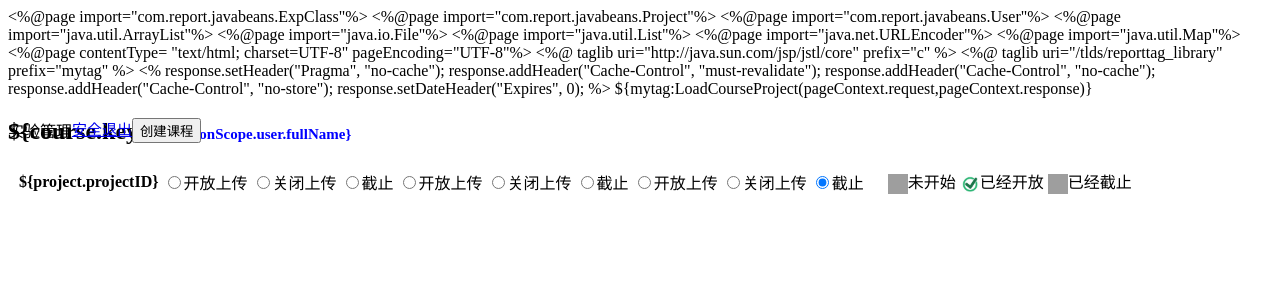
Repository: IAmJiangWenHao/ReportServer
Page: web/demo.html
The author's editor kept a copy of each file at every save. The page is drawn from the files as they stood at one save, then again after the next save.
The browser window is 1280 px wide. The pictures show the whole page.
Pictures or frames that could not be fetched are drawn as grey boxes.

Above is the page before, as saved 2023-05-18 16:15:40.

### web/demo.html
<%@page import="com.report.javabeans.ExpClass"%>
<%@page import="com.report.javabeans.Project"%>
<%@page import="com.report.javabeans.User"%>
<%@page import="java.util.ArrayList"%>
<%@page import="java.io.File"%>
<%@page import="java.util.List"%>
<%@page import="java.net.URLEncoder"%>
<%@page import="java.util.Map"%>
<%@page contentType= "text/html; charset=UTF-8" pageEncoding="UTF-8"%>

<%@ taglib uri="http://java.sun.com/jsp/jstl/core" prefix="c" %>
<%@ taglib uri="/tlds/reporttag_library" prefix="mytag" %>
<!--script type="text/javascript" src="${pageContext.request.contextPath}/script/scriptV1.js?v=1.0"></script-->
<!DOCTYPE html>
<html>
  <%
    response.setHeader("Pragma", "no-cache");
    response.addHeader("Cache-Control", "must-revalidate");
    response.addHeader("Cache-Control", "no-cache");
    response.addHeader("Cache-Control", "no-store");
    response.setDateHeader("Expires", 0);
  %>
  <head>
    <meta http-equiv="Content-Type" content="text/html; charset=UTF-8">
    <title>实验上传系统 </title>
  </head>
  <body>
    ${mytag:LoadCourseProject(pageContext.request,pageContext.response)}
    <script>
      window.onload = function () {//Ajax实现更新项目状态
        var ratios = document.getElementsByTagName("input");//获取所有input（本页面的input只有单选按钮）
        var map = new Map();//记录单选按钮旧值
        for (var i = 0; i < ratios.length; i++) {
          map.set((i + 1).toString(), ratios[i].checked);
          //oninput事件在input的值发生改变时触发，这里监听单选按钮值得改变
          ratios[i].oninput = function () {
            var r = false;
            if (this.value === "deadline") {//是否选择截止
              //是否确认修改
              r = confirm("截止后不可再设置，确定截止？");
            }
            //取消截止
            if (this.value === "deadline" && r === false) {
              var list = document.getElementsByName(this.name);
              for (var j = 0; j < list.length; j++)
                list[j].checked = map.get(list[j].id);
              return;
            }
            ratioName = this.name;
            //确定截止，不允许再更改状态
            if (this.value === "deadline") {
              var list = document.getElementsByName(this.name);
              for (var j = 0; j < list.length; j++)
              {
                list[j].disabled = "disable";
                map.set(list[j].id, list[j].checked);
              }
            } else {
              var list = document.getElementsByName(this.name);
              for (var j = 0; j < list.length; j++)
                map.set(list[j].id, false);
              map.set(this.id, this.checked);
            }
            var formData = new FormData();//FormData 对象
            var course = ratioName.substr(0, ratioName.indexOf("-"));
            var project = ratioName.substr(ratioName.indexOf("-") + 1, ratioName.length - 1);
            //添加KV
            formData.append("project", project);//项目
            formData.append("course", course); //课程名
            formData.append("status", this.value);//状态
            var cell = document.getElementById(this.name);
            //显示实验项目状态提示信息
            cell.innerHTML = "&nbsp;&nbsp;&nbsp;&nbsp;&nbsp;";
            if (this.value === "open")
              cell.innerHTML += "<img style=\"vertical-align: middle;height:20px;width:20px\" src=\"./img/check.jpg\"/>已经开放";
            if (this.value === "close")
              cell.innerHTML += "<img style=\"vertical-align: middle;height:20px;width:20px\" src=\"./img/undone.png\"/>未开始";
            if (this.value === "deadline")
              cell.innerHTML += "<img style=\"vertical-align: middle;height:20px;width:20px\" src=\"./img/deadline.jpg\"/>已截止";
            //1.创建请求对象
            const xhr = new XMLHttpRequest();
            //2.设置请求行，这里用post(get请求数据写在url后面)
            //updateProject.do实现后端更新
            xhr.open("post", getAppPath() + "/updateProject.do");
            //3.设置请求头(get请求可以省略,post不发送数据也可以省略)
            //xhr.setRequestHeader("Content-type","application/x-www-form-urlencoded");
            // 用formData可以不写请求头，写了无法正常上传文件
            //4.请求主体发送(get请求为空，或者写null，post请求数据写在这里，
            //如果没有数据，直接为空或者写null)
            xhr.send(formData);
            //注册回调函数
            xhr.onload = function ()
            {
              if (xhr.readyState === 4)
              {
                if (xhr.status >= 200 && xhr.status <= 300)
                { //判断响应码 2XX 表示成功
                  console.log(xhr.response.toString());
                } else
                  console.log("响应码：" + xhr.status); //状态码
              } else
                console.log(xhr.readyState);
              ;
            };
          };
        }
        ;
      };
    </script>
    <script>
      function getAppPath() {
        //获取当前URL
        var curURL = window.document.location.href;
        //获取主机地址之后的路径部分（就是文件地址）
        var pathName = window.document.location.pathname;
        var pos = curURL.indexOf(pathName);
        //获取应用地址
        var host = curURL.substring(0, pos);
        //获取带"/"的应用名，如：/***
        var webAppName = pathName.substring(0, pathName.substr(1).indexOf('/') + 1);
        return host + webAppName;
      }
    </script>
    <script>
      var isIE = /msie/i.test(navigator.userAgent) && !window.opera;
      function fileChange(target, type) {
        var fileSize = 0;
        var filepath = target.value;
        var filemaxsize = 1024 * 5;//5M
        var flag = -1;
        if (filepath) {
          var fileend = filepath.substring(filepath.lastIndexOf("."));
          // alert(fileend);
          if (type && type.length > 0) {
            //alert(fileend.indexOf(type));
            if (fileend !== ".xlsx") {
              alert("只接受xlsx类型的文件！");
              target.value = "";
              return false;
            }
          }
        } else {
          return false;
        }
        if (isIE && !target.files) {
          var filePath = target.value;
          var fileSystem = new ActiveXObject("Scripting.FileSystemObject");
          if (!fileSystem.FileExists(filePath)) {
            alert("附件不存在，请重新输入！");
            return false;
          }
          var file = fileSystem.GetFile(filePath);
          fileSize = file.Size;
        } else {
          fileSize = target.files[0].size;
        }

        var size = fileSize / 1024;
        if (size > filemaxsize) {
          alert("附件大小不能大于" + filemaxsize / 1024 + "M！");
          target.value = "";
          return false;
        }
        if (size <= 0) {
          alert("附件大小不能为0M！");
          target.value = "";
          return false;
        }
      }
      function Check()
      {
        for (var i = 0; i < document.form1.elements.length - 1; i++)
        {
          if (document.form1.elements[i].value === "")
          {
            alert("不可空！");
            document.form1.elements[i].focus();
            return false;
          }
        }
        return true;
      }
      function cls() {
        var createCell = document.getElementById("createCourse");
        createCell.innerHTML = "";
      }

      function createCourse() {
        var createCell = document.getElementById("createCourse");
        createCell.innerHTML = "<form action=\"../uploadCourseServlet\" enctype=\"multipart/form-data\" method=\"post\" name=\"form1\" onSubmit=\"return Check()\"><table></tr><tr> <td>建课模板：</td><td><a href=\"实验课模板.xlsx\">下载</a></td></tr><tr><td>课程名：</td><td><input style=\" font-size:16px\" type=\"text\" name=\"courseName\" size=\"20\"/>(例：程序设计实验)</td></tr><tr><td>班级：</td><td><input style=\" font-size:16px\" type=\"text\" name=\"className\" size=\"20\"/>(例:信安201)</td></tr><tr> <td>文件：</td><td><input style=\" font-size:16px\" type=\"file\" name=\"file\" size=\"40\" id=\"fup\" onchange=\'fileChange(this,\".xlsx\");\'/></td><tr><td style=\"height:50px;\" align=\"right\" ><input style=\" font-size:16px\" type=\"submit\" value=\"提交\" size='30'/> </td><td align=\"left\"><input style=\" font-size:16px\" type=\"button\" value=\"关闭\" size='30' onclick=\"cls()\"/> </td></tr></table></form>";
      }
    </script>
    <div >
        <div style="display: flex; position: fixed;">
            <font color="black" > 实验管理</font>
            <font style="font-size:15px;color:red"><a href="../exit">安全退出</a></font>
            <input type="button" value="创建课程" onclick="createCourse()">

        </div>

      <div id="createCourse">

      </div>


    <c:forEach var="course" items="${sessionScope.courseData}" varStatus="statusCourse">
      <h2> ${course.key}<font style="font-size:15px;color:blue">--${sessionScope.user.fullName}</font></h2><p>
      <table>
        <c:forEach var="project" items="${course.value}" varStatus="statusProject">
          <tr style=" height: 30px;border: 1px">
            <td>&nbsp;&nbsp;<b>${project.projectID}</b></td>
            <td><!-- 3.一组单选按钮 radio（同name），只能选一个
                     request.getParameter("***")-->
              <c:if test="${project.state==0}">
                <input type="radio" id="${"course".concat(statusCourse.count).concat(statusProject.count).concat(1)}"  name="${course.key.concat("-").concat(project.projectID)}" value="open">开放上传
                <input type="radio" id="${"course".concat(statusCourse.count).concat(statusProject.count).concat(1)}"  name="${course.key.concat("-").concat(project.projectID)}" value="close" checked="true">关闭上传
                <input type="radio" id="${"course".concat(statusCourse.count).concat(statusProject.count).concat(1)}"  name="${course.key.concat("-").concat(project.projectID)}" value="deadline">截止
              </c:if>
              <c:if test="${project.state==1}">
                <input type="radio" id="${"course".concat(statusCourse.count).concat(statusProject.count).concat(1)}"  name="${course.key.concat("-").concat(project.projectID)}" value="open" checked="true">开放上传
                <input type="radio" id="${"course".concat(statusCourse.count).concat(statusProject.count).concat(1)}"  name="${course.key.concat("-").concat(project.projectID)}" value="close" >关闭上传
                <input type="radio" id="${"course".concat(statusCourse.count).concat(statusProject.count).concat(1)}"  name="${course.key.concat("-").concat(project.projectID)}" value="deadline">截止
              </c:if>
              <c:if test="${project.state==2}">
                <input type="radio" id="${"course".concat(statusCourse.count).concat(statusProject.count).concat(1)}"  name="${course.key.concat("-").concat(project.projectID)}" value="open">开放上传
                <input type="radio" id="${"course".concat(statusCourse.count).concat(statusProject.count).concat(1)}"  name="${course.key.concat("-").concat(project.projectID)}" value="close" >关闭上传
                <input type="radio" id="${"course".concat(statusCourse.count).concat(statusProject.count).concat(1)}"  name="${course.key.concat("-").concat(project.projectID)}" value="deadline" checked="true">截止
              </c:if>
            </td>
            <td id="${course.key.concat("-").concat(project.projectID)}">&nbsp;&nbsp;&nbsp;&nbsp;
              <c:if test="${project.state==0}" >
                <img style="vertical-align: middle;height:20px;width:20px" alt="" src="../img/undone.jpg"/>未开始
              </c:if>
              <c:if test="${project.state==1}" >
                <img style="vertical-align: middle;height:20px;width:20px" alt="" src="../img/check.jpg"/>已经开放
              </c:if>
              <c:if test="${project.state==2}" >
                <img style="vertical-align: middle;height:20px;width:20px" alt="" src="../img/deadline.png"/>已经截止
              </c:if>
            </td>
          </tr>
        </c:forEach>
      </table>
    </c:forEach>
  </div>
</body>
</html>

After the next save:
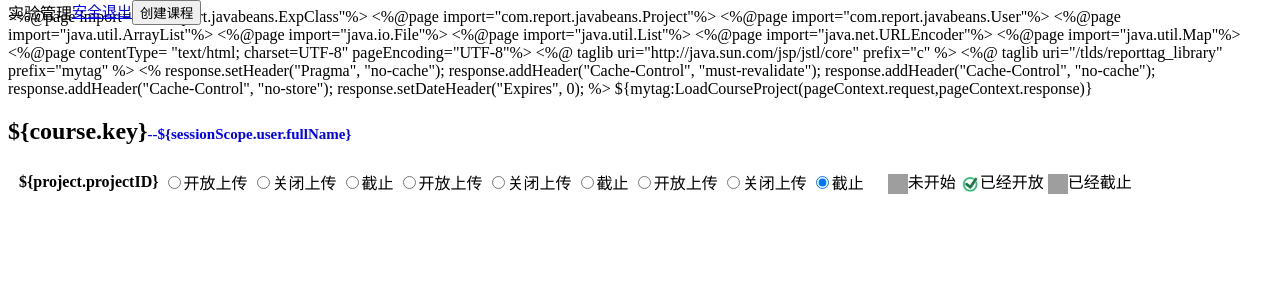
Saved 4 s later.
--- a/web/demo.html
+++ b/web/demo.html
@@ -191,7 +191,7 @@
       }
     </script>
     <div >
-        <div style="display: flex; position: fixed;">
+        <div style="display: flex; position: fixed; top: 0;">
             <font color="black" > 实验管理</font>
             <font style="font-size:15px;color:red"><a href="../exit">安全退出</a></font>
             <input type="button" value="创建课程" onclick="createCourse()">
